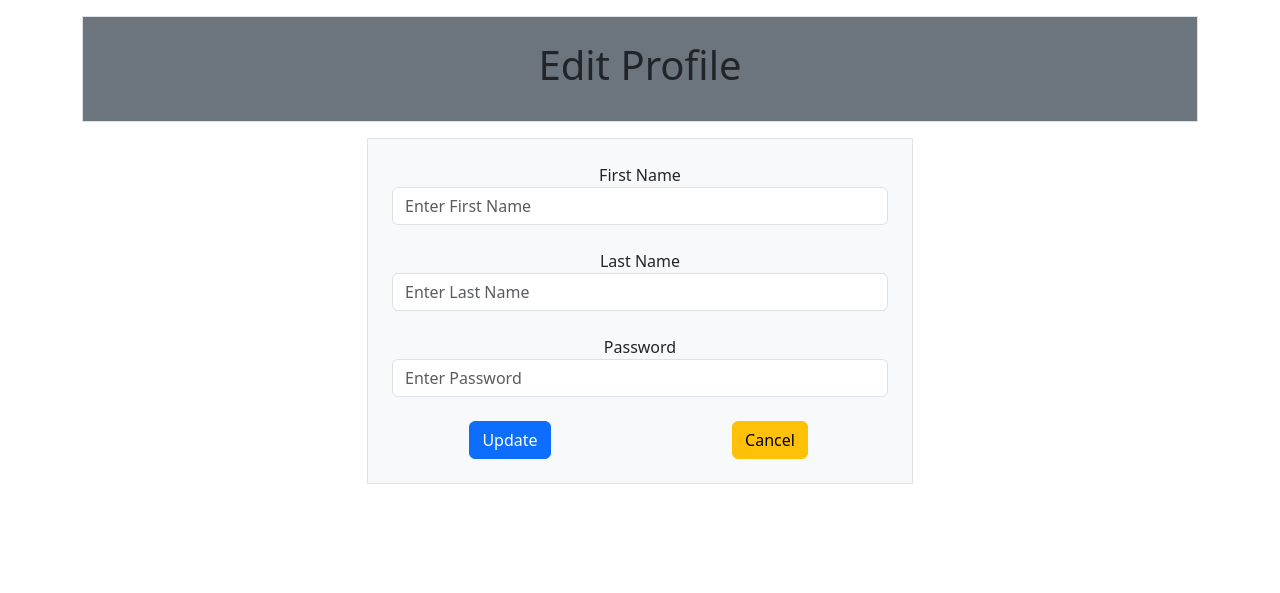
Repository: shivamaninalla/Bank-Application-JSP
Page: http://localhost/BankApplicationWebsite/edit-profile.jsp
The author's editor kept a copy of each file at every save. The page is drawn from the files as they stood at one save, then again after the next save.
The browser window is 1280 px wide. The pictures show the whole page.
The page is served by Tomcat 9.

Above is the page before, as saved 2024-07-21 13:18:36.

After the next save:
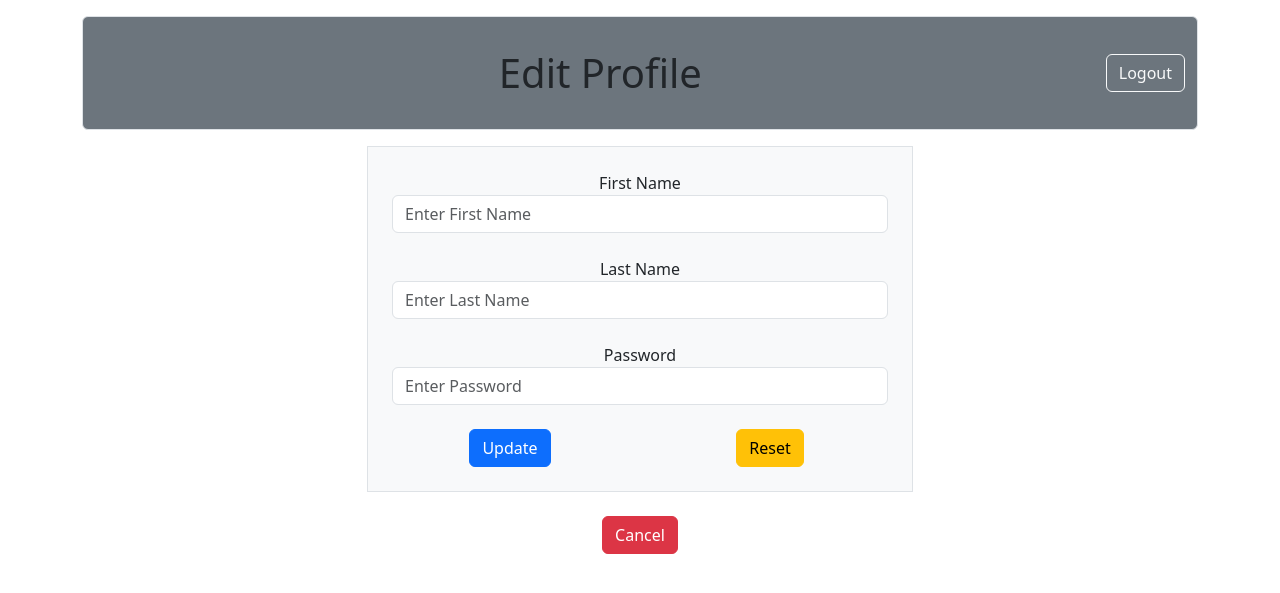
Saved 25 s later.
--- a/BankApplicationWebsite/WebContent/edit-profile.jsp
+++ b/BankApplicationWebsite/WebContent/edit-profile.jsp
@@ -11,30 +11,49 @@
 </head>
 <body>
 	<div class="container mt-3">
-		<div class="row justify-content-center">
-			<div class="col-12">
-				<div class="p-4 border bg-secondary text-center">
-					<h1>Edit Profile</h1>
+		<nav class="navbar bg-secondary mt-3 border rounded">
+			<div
+				class="container-fluid d-flex justify-content-between align-items-center">
+				<div class="d-flex flex-grow-1 justify-content-center p-4">
+					<h1 class="mb-0">Edit Profile</h1>
 				</div>
+				<form action="logout" method="get" class="mb-0">
+					<div class="form-group row">
+						<div class="col text-end">
+							<button type="submit" class="btn btn-outline-light">Logout</button>
+						</div>
+					</div>
+				</form>
 			</div>
-		</div>
+		</nav>
+
+		<c:if test="${not empty message}">
+			<div
+				class="alert alert-primary alert-dismissible fade show w-50 mx-auto my-3"
+				role="alert">
+				${message}
+				<button type="button" class="btn-close" data-bs-dismiss="alert"
+					aria-label="Close"></button>
+			</div>
+		</c:if>
+
 		<div class="row justify-content-center mt-3">
 			<div class="col-lg-6">
 				<div class="p-4 border bg-light text-center">
 					<form action="user-function" method="post">
-					<input type="hidden" name="command" value="submit-profile" />
+						<input type="hidden" name="command" value="submit-profile" />
 						<div class="form-group mb-4">
-							<label for="accountNumber">First Name</label> <input type="text"
-								class="form-control" id="accountNumber"
+							<label for="firstName">First Name</label> <input type="text"
+								class="form-control" id="firstName"
 								placeholder="Enter First Name" name="c-fname">
 						</div>
 						<div class="form-group mb-4">
-							<label for="amount">Last Name</label> <input type="text"
-								class="form-control" id="amount" placeholder="Enter Last Name"
+							<label for="lastName">Last Name</label> <input type="text"
+								class="form-control" id="lastName" placeholder="Enter Last Name"
 								name="c-lname">
 						</div>
 						<div class="form-group mb-4">
-							<label for="password">Password</label> <input type="text"
+							<label for="password">Password</label> <input type="password"
 								class="form-control" id="password" placeholder="Enter Password"
 								name="c-password">
 						</div>
@@ -44,14 +63,24 @@
 							</div>
 							<div class="col text-center">
 								<button type="reset" class="btn btn-warning" name="command"
-									value="cancel">Cancel</button>
+									value="cancel">Reset</button>
 							</div>
 						</div>
 					</form>
 				</div>
 			</div>
 		</div>
+
+		<form action="user" method="get">
+			<div class="form-group row mt-4">
+				<div class="col text-center">
+					<button type="submit" name="customer-function" value=""
+						class="btn btn-danger">Cancel</button>
+				</div>
+			</div>
+		</form>
 	</div>
 
+	<%@include file="includes/bootstrapjs.jsp"%>
 </body>
 </html>
